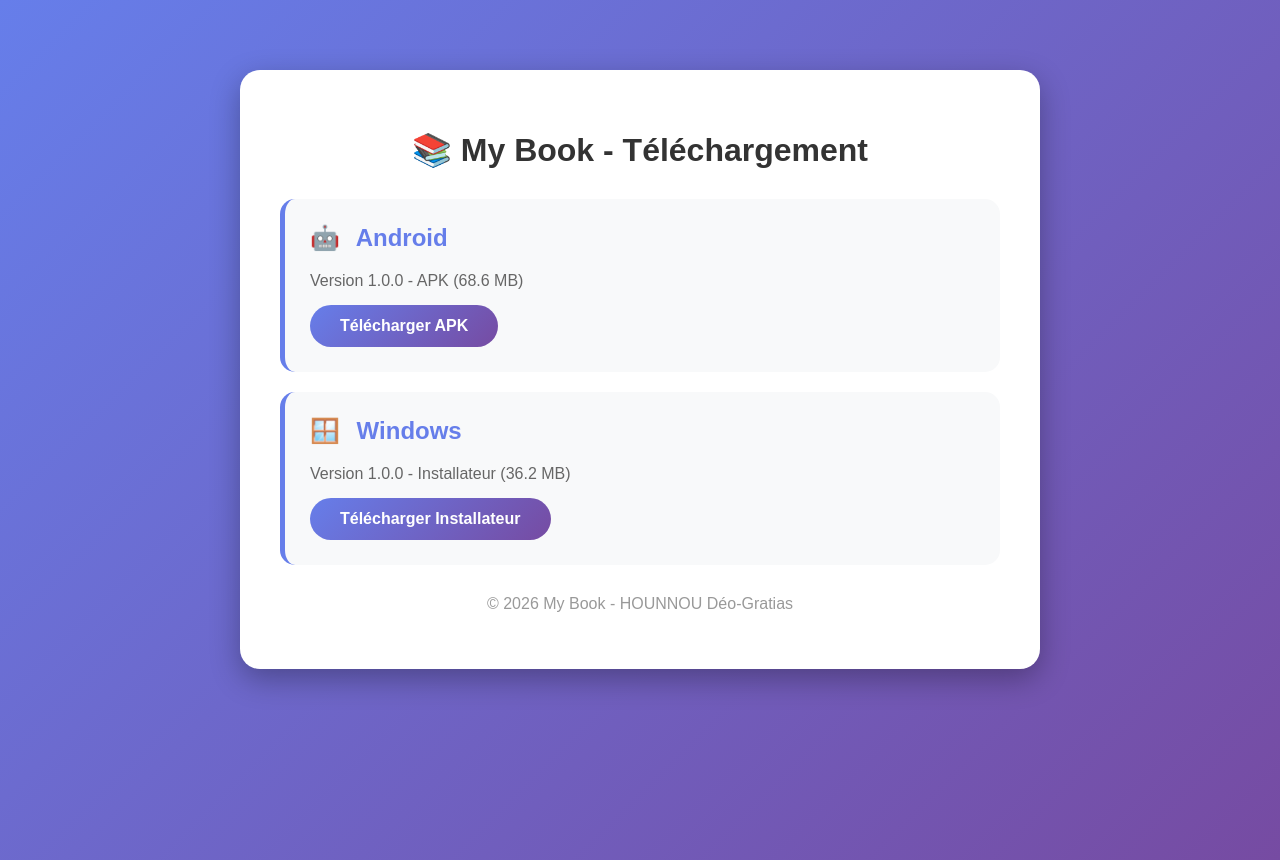
Repository: Deogratiasdev/app
Page: test.html
The author's editor kept a copy of each file at every save. The page is drawn from the files as they stood at one save, then again after the next save.
The browser window is 1280 px wide. The pictures show the whole page.

Above is the page before, as saved 2026-04-11 23:32:22.

After the next save:
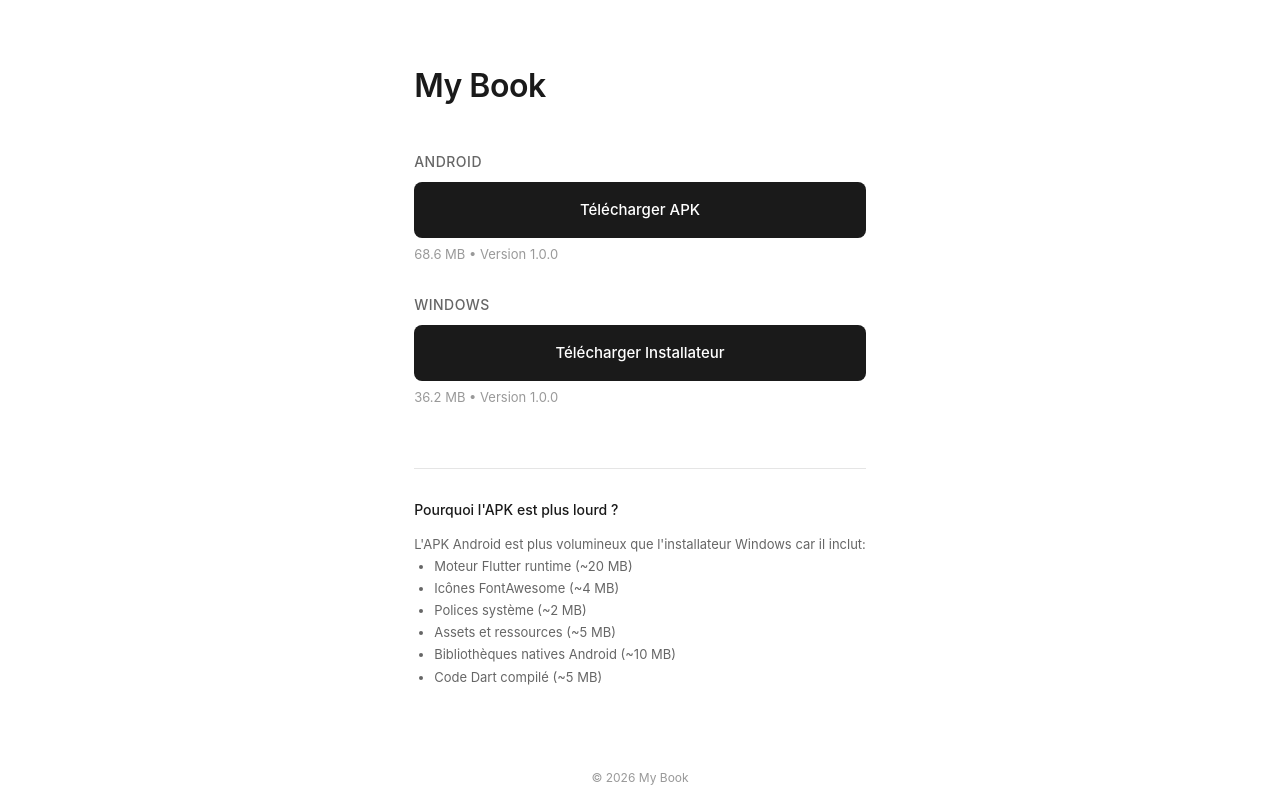
Saved 5 min 59 s later.
--- a/test.html
+++ b/test.html
@@ -5,83 +5,126 @@
     <meta name="viewport" content="width=device-width, initial-scale=1.0">
     <title>My Book - Téléchargement</title>
     <style>
+        * {
+            margin: 0;
+            padding: 0;
+            box-sizing: border-box;
+        }
         body {
-            font-family: Arial, sans-serif;
-            max-width: 800px;
-            margin: 50px auto;
-            padding: 20px;
-            background: linear-gradient(135deg, #667eea 0%, #764ba2 100%);
+            font-family: -apple-system, BlinkMacSystemFont, "Segoe UI", Roboto, sans-serif;
+            background: #ffffff;
+            color: #1a1a1a;
+            line-height: 1.6;
             min-height: 100vh;
+            display: flex;
+            flex-direction: column;
         }
         .container {
-            background: white;
-            border-radius: 20px;
-            padding: 40px;
-            box-shadow: 0 10px 30px rgba(0,0,0,0.3);
+            max-width: 600px;
+            margin: 0 auto;
+            padding: 60px 20px;
+            flex: 1;
         }
         h1 {
-            text-align: center;
-            color: #333;
+            font-size: 32px;
+            font-weight: 600;
+            margin-bottom: 40px;
+            letter-spacing: -0.5px;
+        }
+        .download-section {
             margin-bottom: 30px;
         }
-        .download-card {
-            background: #f8f9fa;
-            border-radius: 15px;
-            padding: 25px;
-            margin: 20px 0;
-            border-left: 5px solid #667eea;
-            transition: transform 0.3s ease;
-        }
-        .download-card:hover {
-            transform: translateX(10px);
-        }
-        .download-card h2 {
-            color: #667eea;
-            margin-top: 0;
-        }
-        .download-card p {
+        .download-section h2 {
+            font-size: 14px;
+            font-weight: 500;
             color: #666;
-            margin-bottom: 15px;
+            margin-bottom: 8px;
+            text-transform: uppercase;
+            letter-spacing: 0.5px;
         }
         .download-btn {
-            display: inline-block;
-            background: linear-gradient(135deg, #667eea 0%, #764ba2 100%);
-            color: white;
-            padding: 12px 30px;
+            display: block;
+            width: 100%;
+            padding: 16px 24px;
+            background: #1a1a1a;
+            color: #ffffff;
             text-decoration: none;
-            border-radius: 25px;
-            font-weight: bold;
-            transition: transform 0.3s ease, box-shadow 0.3s ease;
+            font-size: 15px;
+            font-weight: 500;
+            border: none;
+            border-radius: 8px;
+            transition: background 0.2s ease;
+            text-align: center;
         }
         .download-btn:hover {
-            transform: translateY(-3px);
-            box-shadow: 0 5px 15px rgba(102, 126, 234, 0.4);
+            background: #333;
         }
-        .platform-icon {
-            font-size: 24px;
-            margin-right: 10px;
+        .download-info {
+            font-size: 13px;
+            color: #999;
+            margin-top: 6px;
+        }
+        .info-section {
+            margin-top: 60px;
+            padding-top: 30px;
+            border-top: 1px solid #e5e5e5;
+        }
+        .info-section h3 {
+            font-size: 14px;
+            font-weight: 500;
+            margin-bottom: 12px;
+        }
+        .info-section p {
+            font-size: 13px;
+            color: #666;
+            line-height: 1.7;
+        }
+        .info-section ul {
+            font-size: 13px;
+            color: #666;
+            line-height: 1.7;
+            margin-left: 20px;
+        }
+        .footer {
+            text-align: center;
+            padding: 20px;
+            font-size: 12px;
+            color: #999;
         }
     </style>
 </head>
 <body>
     <div class="container">
-        <h1>📚 My Book - Téléchargement</h1>
+        <h1>My Book</h1>
 
-        <div class="download-card">
-            <h2><span class="platform-icon">🤖</span> Android</h2>
-            <p>Version 1.0.0 - APK (68.6 MB)</p>
+        <div class="download-section">
+            <h2>Android</h2>
             <a href="https://github.com/Deogratiasdev/app/raw/main/releases/MyBook.apk" download class="download-btn">Télécharger APK</a>
+            <p class="download-info">68.6 MB • Version 1.0.0</p>
         </div>
 
-        <div class="download-card">
-            <h2><span class="platform-icon">🪟</span> Windows</h2>
-            <p>Version 1.0.0 - Installateur (36.2 MB)</p>
+        <div class="download-section">
+            <h2>Windows</h2>
             <a href="https://github.com/Deogratiasdev/app/raw/main/releases/MyBook_Setup.exe" download class="download-btn">Télécharger Installateur</a>
+            <p class="download-info">36.2 MB • Version 1.0.0</p>
         </div>
 
-        <p style="text-align: center; color: #999; margin-top: 30px;">
-            © 2026 My Book - HOUNNOU Déo-Gratias
-        </p>
+        <div class="info-section">
+            <h3>Pourquoi l'APK est plus lourd ?</h3>
+            <p>L'APK Android est plus volumineux que l'installateur Windows car il inclut:</p>
+            <ul>
+                <li>Moteur Flutter runtime (~20 MB)</li>
+                <li>Icônes FontAwesome (~4 MB)</li>
+                <li>Polices système (~2 MB)</li>
+                <li>Assets et ressources (~5 MB)</li>
+                <li>Bibliothèques natives Android (~10 MB)</li>
+                <li>Code Dart compilé (~5 MB)</li>
+            </ul>
+        </div>
+    </div>
+
+    <div class="footer">
+        © 2026 My Book
     </div>
 </body>
 </html>
